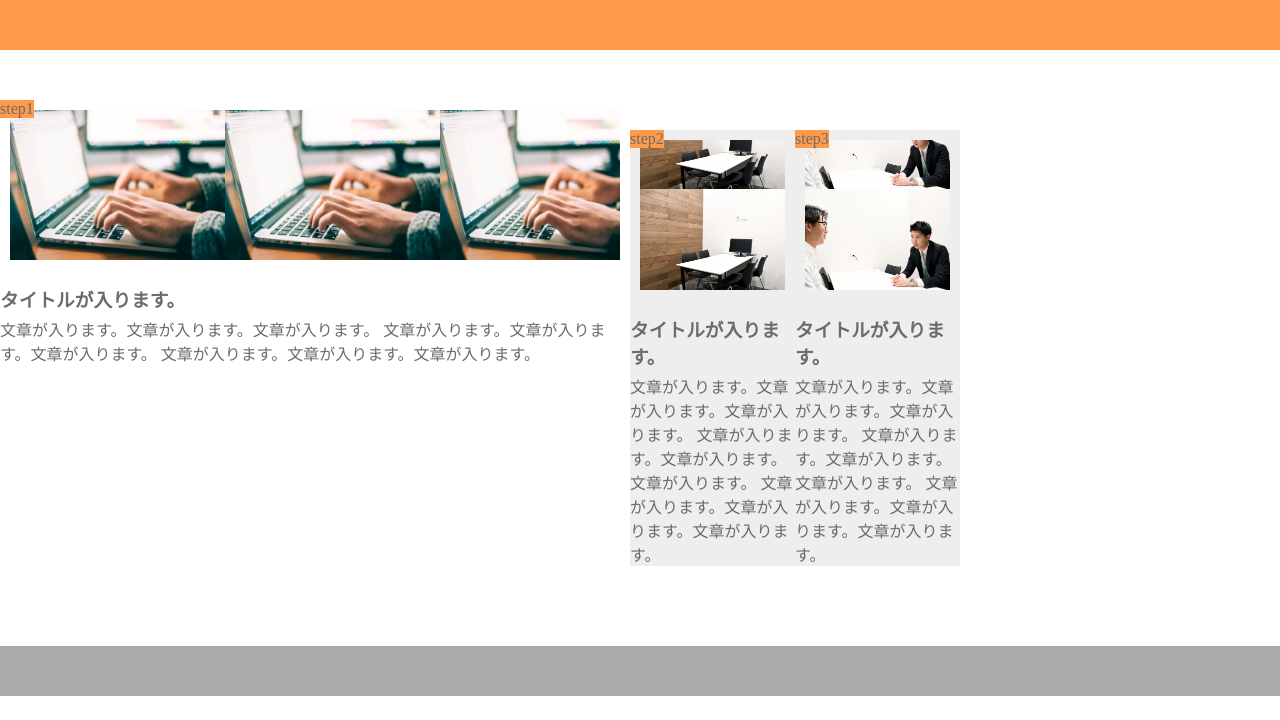
Repository: momopomi/htmlcss
Page: exercise/1-9-2.html
The author's editor kept a record of every edit. The page is drawn from the files as they stood at one moment, then again after the next edit.
The browser window is 1280 px wide. The pictures show the whole page.
Some web libraries are served in a nearby version.

Above is the page before.

After the next edit:
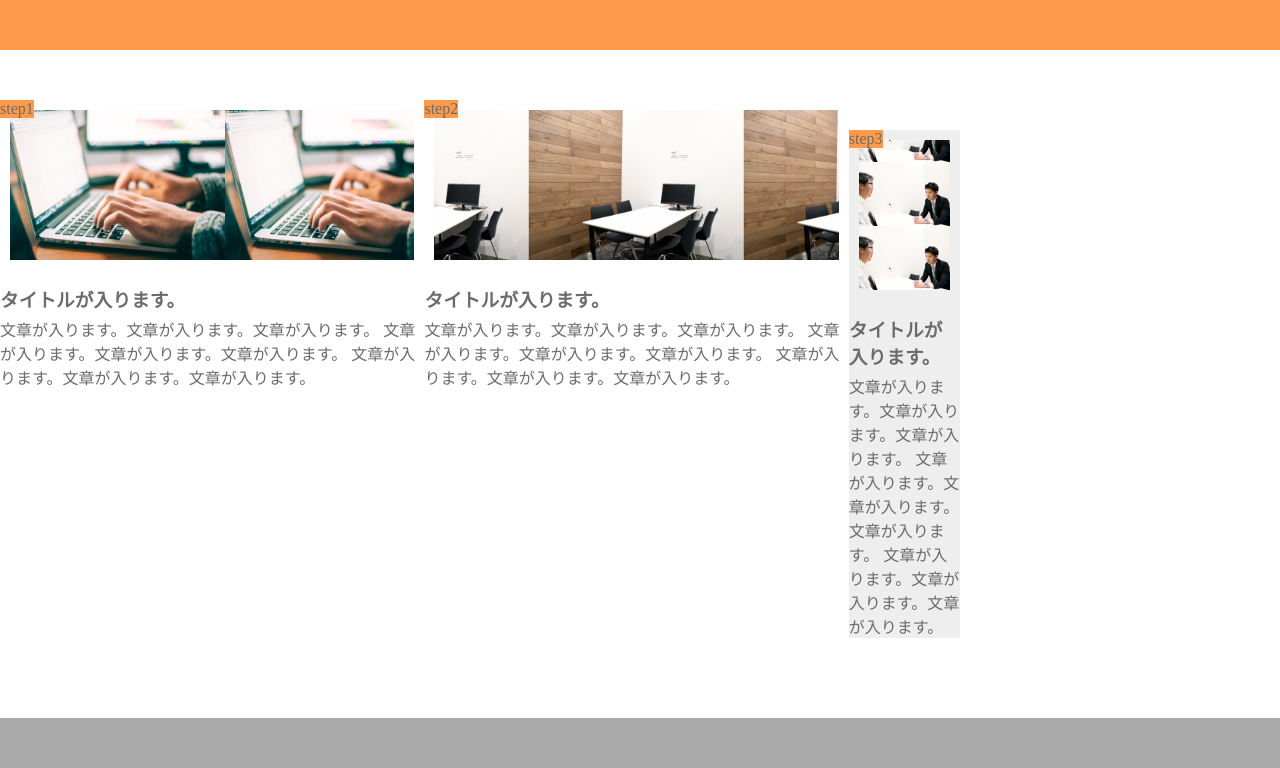
The edit:
--- a/exercise/1-9-2.html
+++ b/exercise/1-9-2.html
@@ -23,7 +23,7 @@
              文章が入ります。文章が入ります。文章が入ります。</p>
         </div>
 
-        <div class="box2">
+        <div class="box">
           <span>step2</span>
           <div class="background2"></div>
           <h3>タイトルが入ります。</h3>
